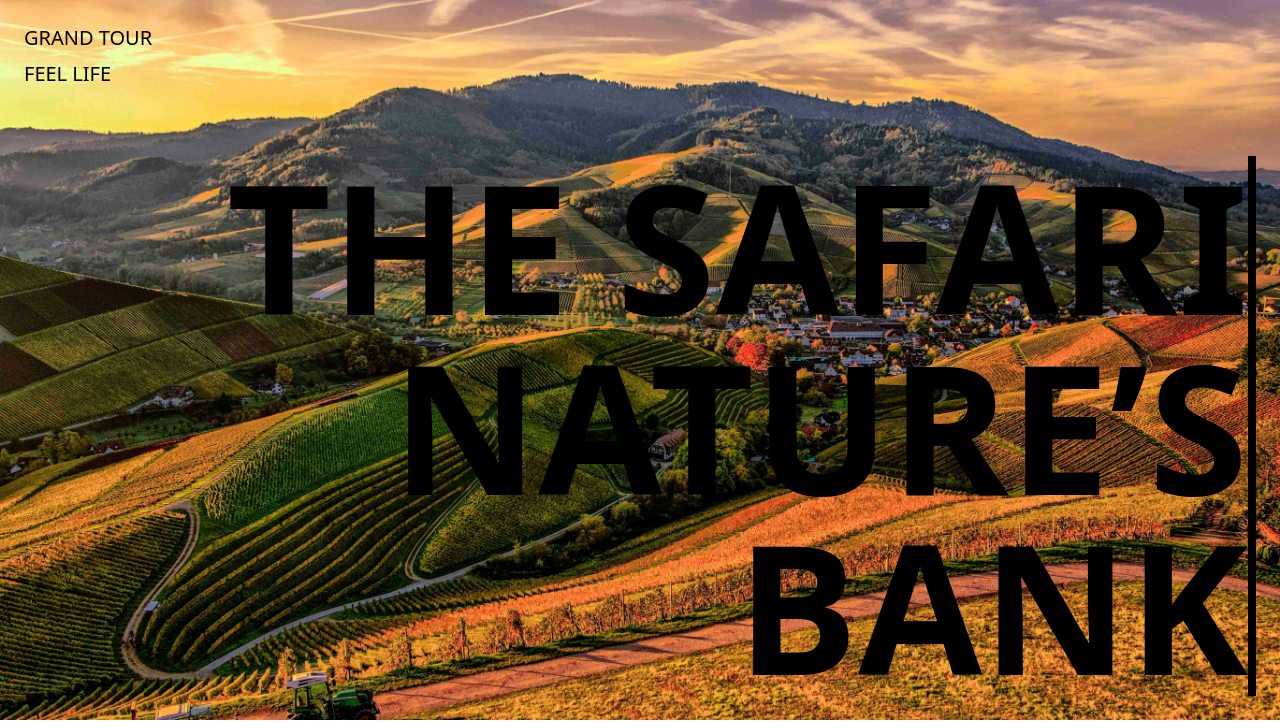
Repository: mikol-ux/Safari
Page: /
These files come from the project's save history. The page is drawn as it stood at one moment and after the next save; the edit follows.
The browser window is 1280 px wide. The pictures show the whole page.
The project was rebuilt for these pictures with package versions that can differ from the ones it lists, and the page was loaded fresh each time. The framework's server and built-in components were replaced by stand-ins that run in the browser. Also part of the build but not shown: next.config.ts.

Above is the page before, as saved 2025-05-29 02:25:18.

After the next save:
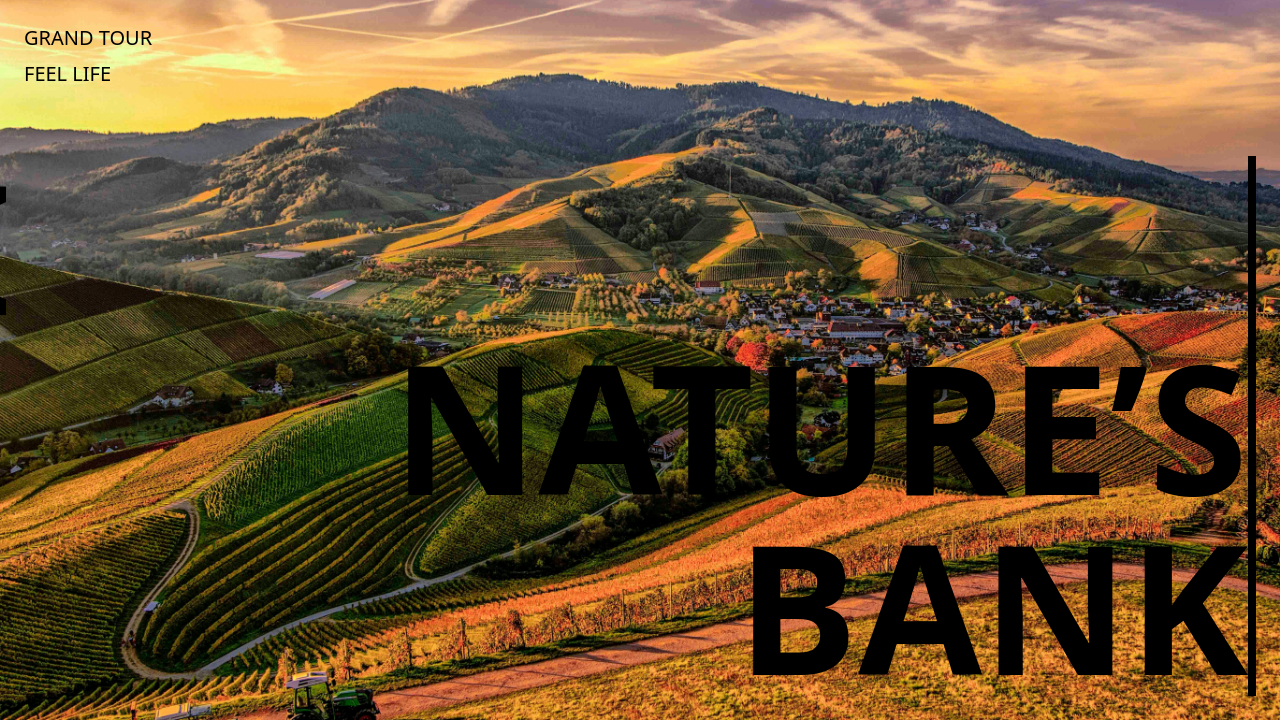
Saved 2 min 11 s later.
--- a/app/page.tsx
+++ b/app/page.tsx
@@ -3,7 +3,16 @@ import React, { useEffect } from "react";
 import gsap from "gsap";
 
 export default function Home() {
-	useEffect(() => {}, []);
+	useEffect(() => {
+		gsap.set([".introline", ".bigline"], { x: "-101%" });
+
+		const tl = gsap.timeline({ repeat: 5, yoyo: true, repeatDelay: 2 });
+		tl.to(".bigline", { duration: 1, x: "0%" }).to(
+			".introline",
+			{ duration: 1, x: "0%" },
+			"+=0.3"
+		);
+	}, []);
 	return (
 		<section className="h-screen bg-[url('/landscape.jpg')] bg-cover bg-no-repeat bg-center text-black">
 			<div className="h-full w-full flex flex-col justify-between p-6">
@@ -12,10 +21,10 @@ export default function Home() {
 					<p className="text-xl uppercase">feel life</p>
 				</div>
 				<div className="text-right font-bold leading-none border-r-8 border-black">
-					<p className="text-[69px] min-[480px]:text-[90px] sm:text-[120px] lg:text-[150px] xl:text-[180px] 3xl:text-[215px]">
+					<p className="introline text-[69px] min-[480px]:text-[90px] sm:text-[120px] lg:text-[150px] xl:text-[180px] 3xl:text-[215px]">
 						THE SAFARI
 					</p>
-					<p className="text-[69px] min-[480px]:text-[90px] sm:text-[120px] lg:text-[150px] xl:text-[180px] 3xl:text-[215px]">
+					<p className="bigline text-[69px] min-[480px]:text-[90px] sm:text-[120px] lg:text-[150px] xl:text-[180px] 3xl:text-[215px]">
 						NATURE’S BANK
 					</p>
 				</div>
